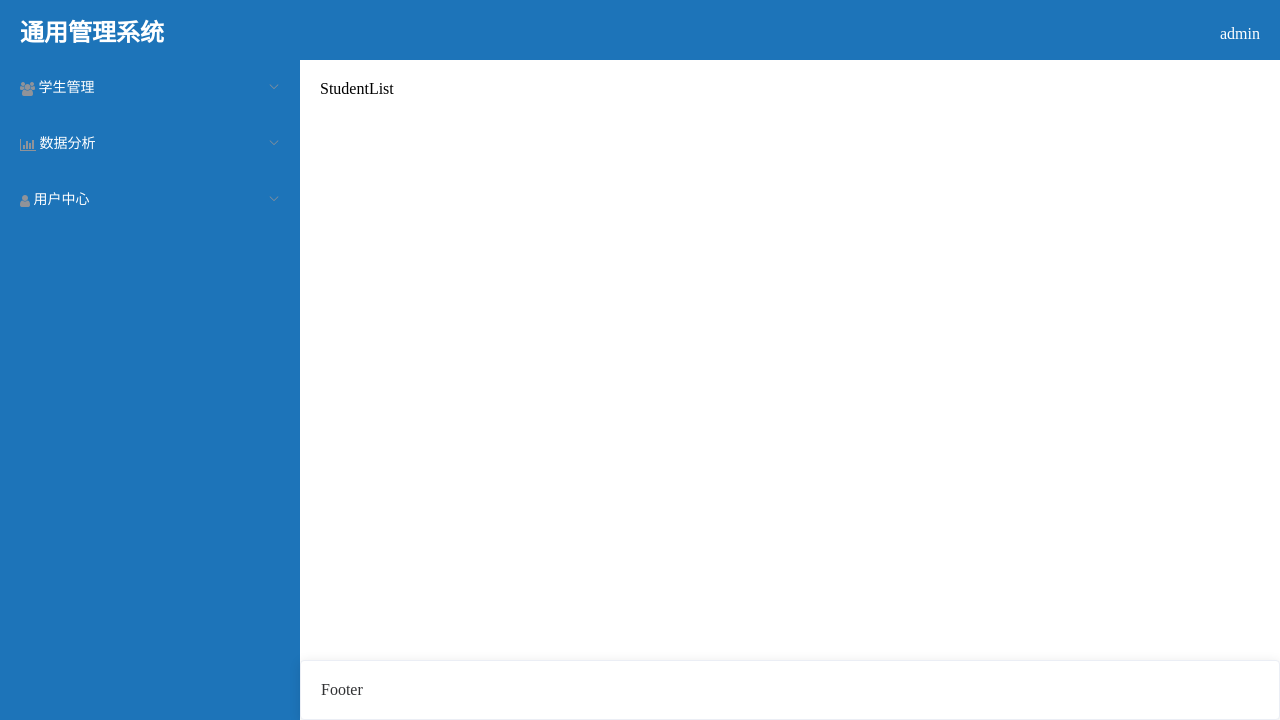
Repository: LdoIt/backstage-management-system
Page: /#/home (app in backstage-management-system/)
These files come from the project's save history. The page is drawn as it stood at one moment and after the next save; the edit follows.
The browser window is 1280 px wide. The pictures show the whole page.
The project was rebuilt for these pictures with package versions that can differ from the ones it lists, and the page was loaded fresh each time. Also part of the build but not shown: backstage-management-system/vue.config.js.

Above is the page before, as saved 2023-04-16 09:32:50.

### backstage-management-system/src/main.js
/*
 * @Date: 2023-04-13 17:21:53
 */
import Vue from 'vue'
import App from './App.vue'
// 引入elementUI里按需引入的组件
import './plugins/element'
// 导入路由
import router from './router'
Vue.config.productionTip = false

new Vue({
  router,
  render: h => h(App),
}).$mount('#app')

### backstage-management-system/src/App.vue
<template>
  <div class="appContainer">
    <router-view></router-view>
  </div>
</template>

<script>
// 格式化样式
import 'normalize.css'
// 引入图标
import 'font-awesome/css/font-awesome.min.css';
export default {
}
</script>

<style lang="scss">
html,
body,
.appContainer {
  height: 100%;
}
// .appContainer {
//   display: flex;
//   flex-direction: column;
//   justify-content: space-around;
// }
</style>

### backstage-management-system/src/plugins/element.js
/*
 * @Date: 2023-04-13 19:05:36
 */
import Vue from 'vue'
import {
  Button,
  Form,
  FormItem,
  Card,
  Input,
  Message,
  Container,
  Header,
  Aside,
  Main,
  Footer,
  Menu,
  Submenu,
  MenuItem,
  MenuItemGroup,
   } from 'element-ui';
Vue.use(Form);
Vue.use(Button);
Vue.use(FormItem);
Vue.use(Card);
Vue.use(Input);
Vue.use(Container);
Vue.use(Header);
Vue.use(Aside);
Vue.use(Main);
Vue.use(Footer);
Vue.use(Menu);
Vue.use(Submenu);
Vue.use(MenuItem);
Vue.use(MenuItemGroup);
Vue.prototype.$message = Message

### backstage-management-system/src/router/index.js
/*
 * @Date: 2023-04-15 08:18:06
 */
import Vue from 'vue'
// 引入vue-router
import VueRouter from 'vue-router'
import routes from './routes.js'
Vue.use(VueRouter)

export default new VueRouter({
  routes
})

### backstage-management-system/src/router/routes.js
/*
 * @Date: 2023-04-15 21:19:25
 */
export default [
  {path: '/', component: () => import('@/pages/Login'), redirect: '/login'},
  {path: '/home', name: '学生管理', iconClass: 'fa fa-users', redirect: '/home/student', component: () => import('@/pages/Home'), children: [
    {path: 'student', name: '学生列表', iconClass: 'fa fa-list', component: () => import('@/pages/students/StudentList')},
    {path: 'info', name: '信息列表', iconClass: 'fa fa-list', component: () => import('@/pages/students/InfoList')},
    {path: 'infos', name: '信息管理', iconClass: 'fa fa-list', component: () => import('@/pages/students/InfoLists')},
    {path: 'work', name: '作业列表', iconClass: 'fa fa-list', component: () => import('@/pages/students/WorkList')},
    {path: 'works', name: '作业管理', iconClass: 'fa fa-list', component: () => import('@/pages/students/WorkMent')},
  ]},
  {path: '/home', name: '数据分析', iconClass: 'fa fa-bar-chart', component: () => import('@/pages/Home'), children: [
    {path: 'dataview', name: '数据概览', iconClass: 'fa fa-line-chart', component: () => import('@/pages/dataAnalysis/DataView')},
    {path: 'mapview', name: '地图概览', iconClass: 'fa fa-line-chart', component: () => import('@/pages/dataAnalysis/MapView')},
    {path: 'travel', name: '旅游地图', iconClass: 'fa fa-line-chart', component: () => import('@/pages/dataAnalysis/TravelMap')},
    {path: 'score', name: '分数地图', iconClass: 'fa fa-line-chart', component: () => import('@/pages/dataAnalysis/ScoreMap')},
  ]},
  {path: '/home', name: '用户中心', iconClass: 'fa fa-user', component: () => import('@/pages/Home'), children: [
    {path: 'users', name: '权限管理', iconClass: 'fa fa-user', component: () => import('@/pages/users/User')},
  ]},
  {path: '/login', component: () => import('@/pages/Login')},
]

### backstage-management-system/src/pages/Home.vue
<!--
 * @Date: 2023-04-15 08:31:12
-->
<template>
  <div class="homeContainer">
    <el-container>
      <el-header><Header/></el-header>
      <el-container>
        <el-aside><Menu/></el-aside>
        <el-container>
          <el-main>
            <router-view></router-view>
          </el-main>
          <el-footer><el-card><Footer/></el-card></el-footer>
        </el-container>
      </el-container>
    </el-container>
  </div>
</template>

<script>
import Footer from '../components/common/Footer.vue'
import Header from '../components/common/Header.vue'
import Menu from '../components/common/Menu.vue'
export default {
  name: 'Home',
  components: {
    Header,
    Footer,
    Menu
  }
}
</script>

<style lang="scss">
  .homeContainer {
    height: 100%;
    .el-header {
      background-color: #1d74b9;
    }
    .el-aside {
      background-color: #1d74b9;
    }
    .el-container {
      height: 100%;
    }
    .el-footer {
      padding: 0;
    }
  }
</style>

### backstage-management-system/src/pages/students/StudentList.vue
<!--
 * @Date: 2023-04-15 21:12:11
-->
<template>
  <div>
    StudentList
  </div>
</template>

<script>
export default {

}
</script>

<style>

</style>

### backstage-management-system/src/components/common/Footer.vue
<!--
 * @Date: 2023-04-15 20:04:01
-->
<template>
  <div>
    Footer
  </div>
</template>

<script>
export default {

}
</script>

<style>

</style>

### backstage-management-system/src/components/common/Header.vue
<template>
  <div class="headerContainer">
    <h2>通用管理系统</h2>
    <div>admin</div>
  </div>
</template>

<script>
export default {

}
</script>

<style lang="scss">
  .headerContainer {
    display: flex;
    justify-content: space-between;
    align-items: center;
    color: white;
  }
</style>

### backstage-management-system/src/components/common/Menu.vue
<!--
 * @Date: 2023-04-15 20:04:31
-->
<template>
  <div class="muenContainer">
    <el-menu default-active="2" class="el-menu-vertical-demo" background-color="#1d74b9" text-color="#fff" active-text-color="#ffd04b">
      <el-submenu :index="item1.name" v-for="(item1, index1) in routes" :key="index1">
        <template slot="title">
          <i :class="item1.iconClass"></i>
          {{item1.name}}
        </template>
        <el-menu-item-group v-for="(child, index2) in item1.children" :key="index2">
          <el-menu-item :index="child.name">
            <i :class="child.iconClass"></i>
            {{ child.name }}
          </el-menu-item>
        </el-menu-item-group>
      </el-submenu>
    </el-menu>
  </div>
</template>

<script>
export default {
  data() {
    return {
      routes: []
    }
  },
  created() {
    let routes = this.$router.options.routes;
    for (let i = 0; i < routes.length; i++) {
      if(i !== 0 && i !== routes.length - 1) {
        this.routes.push(routes[i]);
      }
    }
  },
  methods: {
  },
}
</script>

<style lang="scss">
  .muenContainer {
    width: 100%;
    height: 100%;
    .el-menu {
      border: none;
    }
  }
</style>

Loaded but not shown: backstage-management-system/public/index.html (common file)

After the next save:
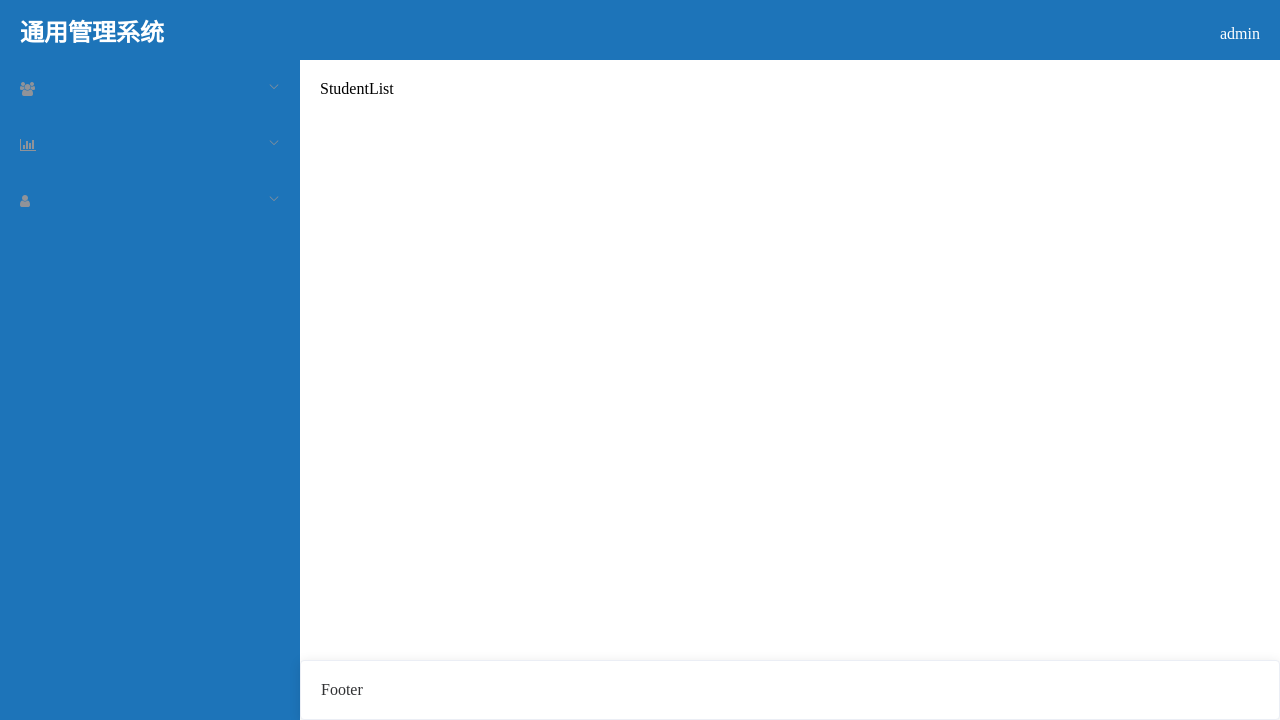
Saved 50 s later.
--- a/backstage-management-system/src/components/common/Menu.vue
+++ b/backstage-management-system/src/components/common/Menu.vue
@@ -7,7 +7,8 @@
       <el-submenu :index="item1.name" v-for="(item1, index1) in routes" :key="index1">
         <template slot="title">
           <i :class="item1.iconClass"></i>
-          {{item1.name}}
+          <router-link>{{item1.name}}</router-link>
+
         </template>
         <el-menu-item-group v-for="(child, index2) in item1.children" :key="index2">
           <el-menu-item :index="child.name">
